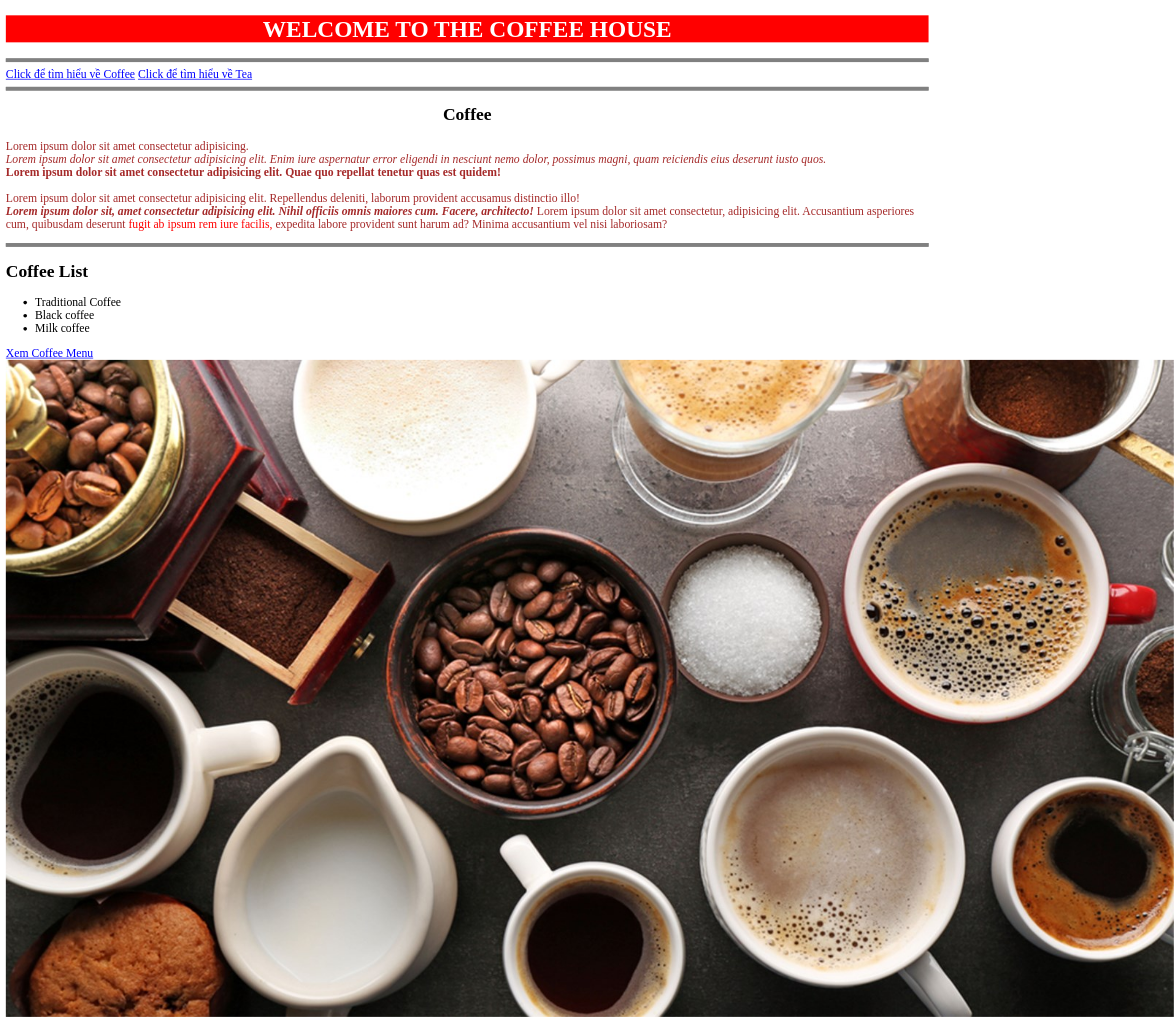
Repository: giahuy405/HomeWork_Coffee
Page: index.html
The author's editor kept a copy of each file at every save. The page is drawn from the files as they stood at one save, then again after the next save.
The browser window is 1280 px wide. The page is 1608 px wide, then 1280 px, so the pictures cover 1608 px, including what lies to the right of the window. The pictures show the whole page, at 73% of full size.

Above is the page before, as saved 2022-09-07 01:20:03.

After the next save:
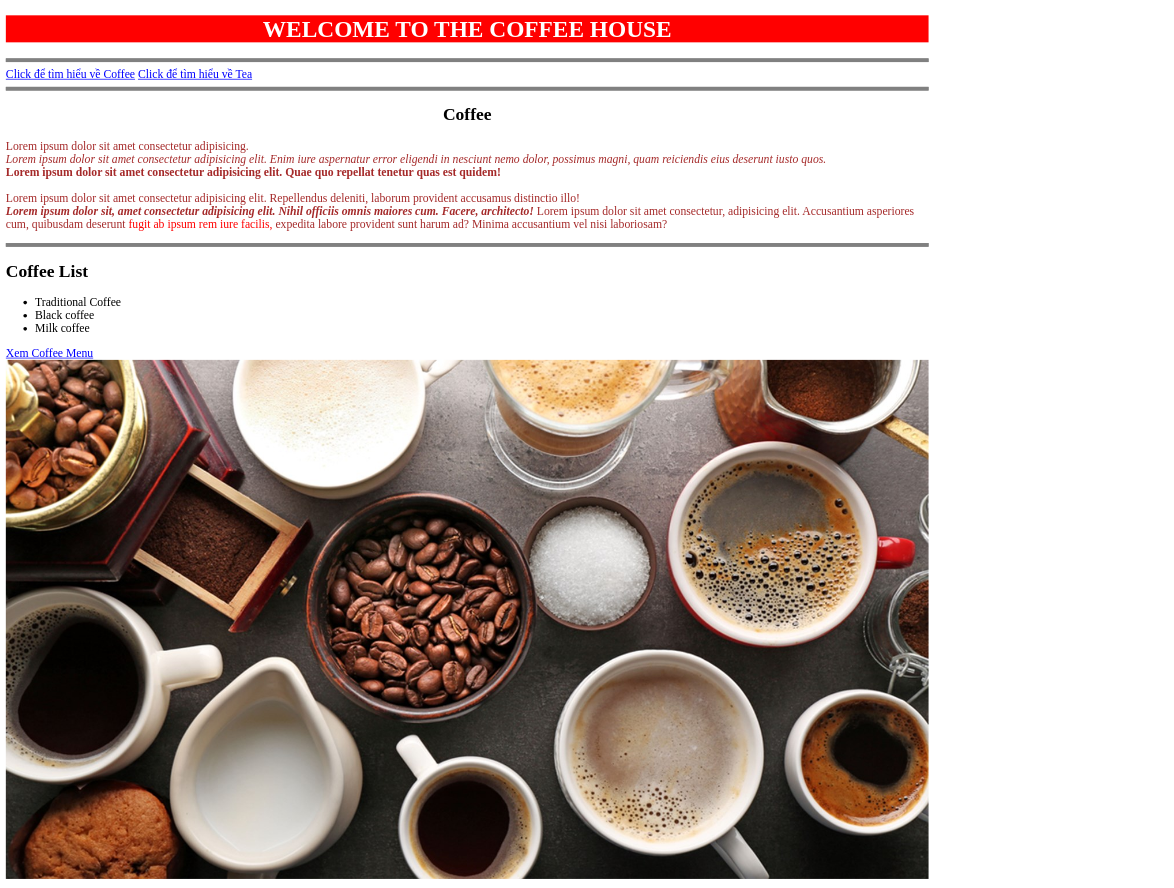
Saved 14 s later.
--- a/index.html
+++ b/index.html
@@ -42,6 +42,6 @@
         </ul>
     </div>
     <a style="color: blue;" href="#">Xem Coffee Menu</a>
-    <img src="./img/coffee.jpg" alt="">
+    <img style="width:100%" src="./img/coffee.jpg" alt="">
 </body>
 </html>
